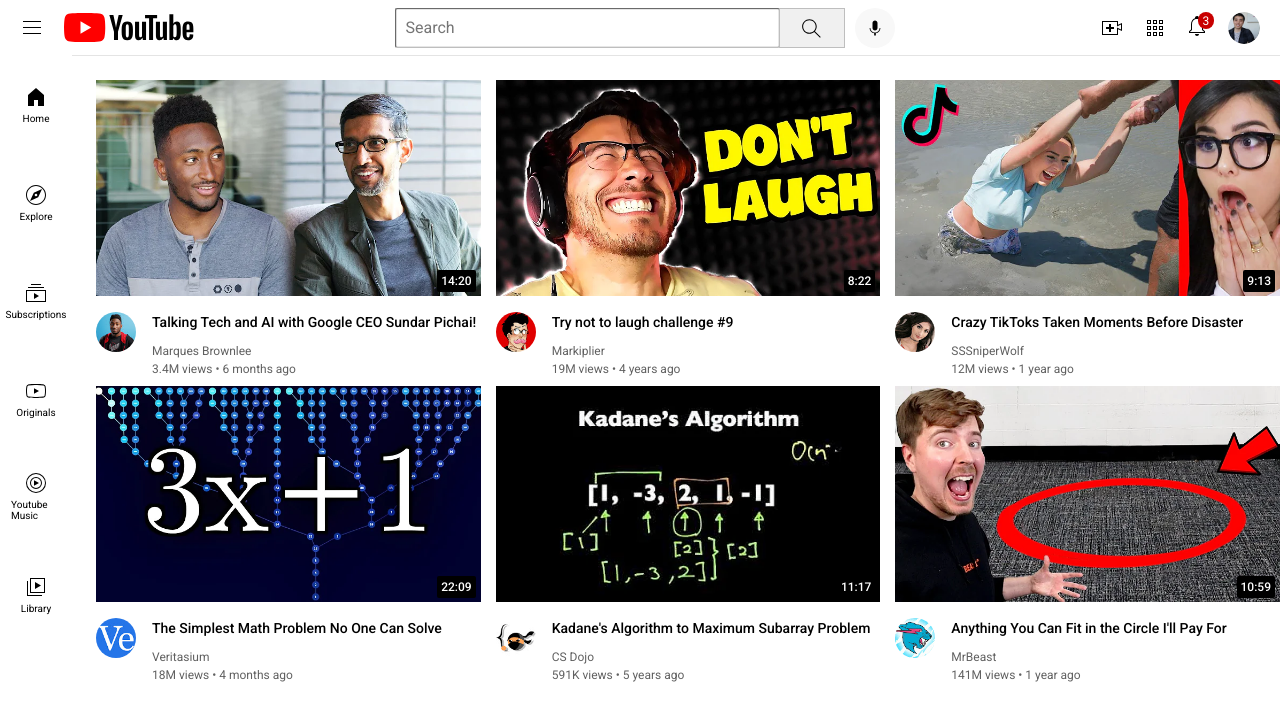
Repository: idahcarts-ux/html-css
Page: youtube.html
These files come from the project's save history. The page is drawn as it stood at one moment and after a run of saves; the edit follows.
The browser window is 1280 px wide. The pictures show the whole page.

Above is the page before, as saved 2025-11-20 21:21:25.

After the next 5 saves:
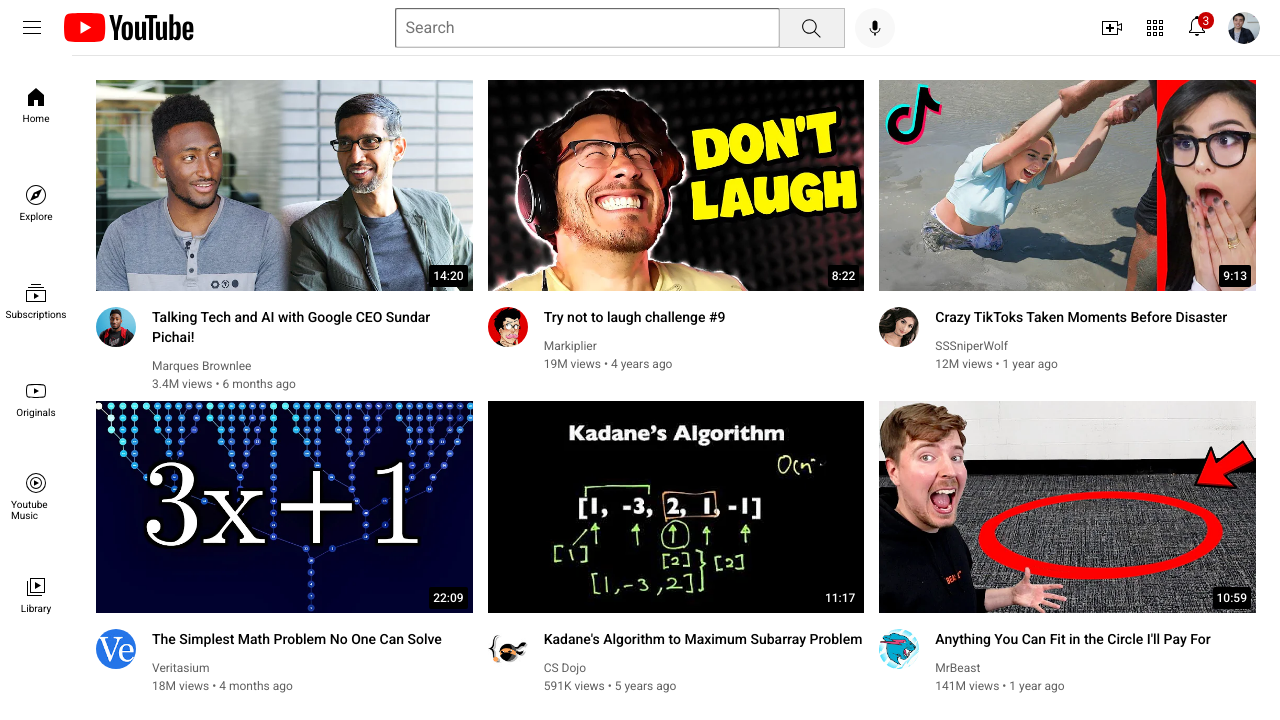
The 5 saves are shown as one change because they came seconds apart.
The last was saved 25 s later.
--- a/styles/general.css
+++ b/styles/general.css
@@ -7,5 +7,6 @@
   body {
     margin: 0;
     padding-top: 80px;
+    padding-right: 24px;
     padding-left: 96px;
   }
